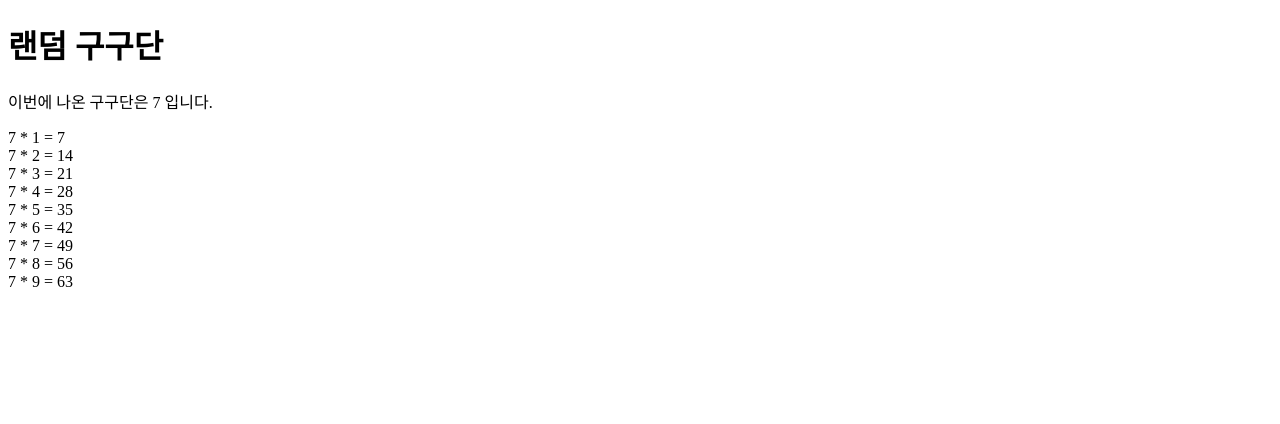
Repository: mickey530/jsp_practice
Page: http://localhost/JSPBasic/JspTag/TagQ02.jsp
An editor plug-in stored every save of this project. The page is shown before and after the next save, followed by the edit.
The browser window is 1280 px wide. The pictures show the whole page.
The page is served by Tomcat 9.

Above is the page before, as saved 2022-01-28 06:39:14.

After the next save:
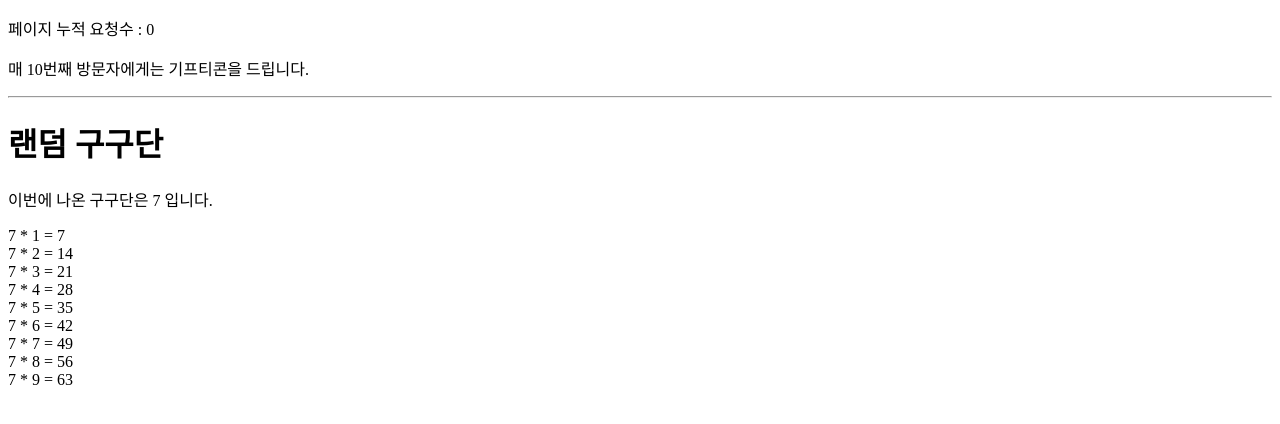
Saved 11 min 48 s later.
--- a/JSPBasic/src/main/webapp/JspTag/TagQ02.jsp
+++ b/JSPBasic/src/main/webapp/JspTag/TagQ02.jsp
@@ -15,6 +15,9 @@ int randomNum(){
 }
 
 %>
+<p>페이지 누적 요청수 : <%= today %> </p>
+<p>매 10번째 방문자에게는 기프티콘을 드립니다.</p>
+<hr/>
 <h1>랜덤 구구단</h1>
 
 <% int dan = randomNum(); %>
